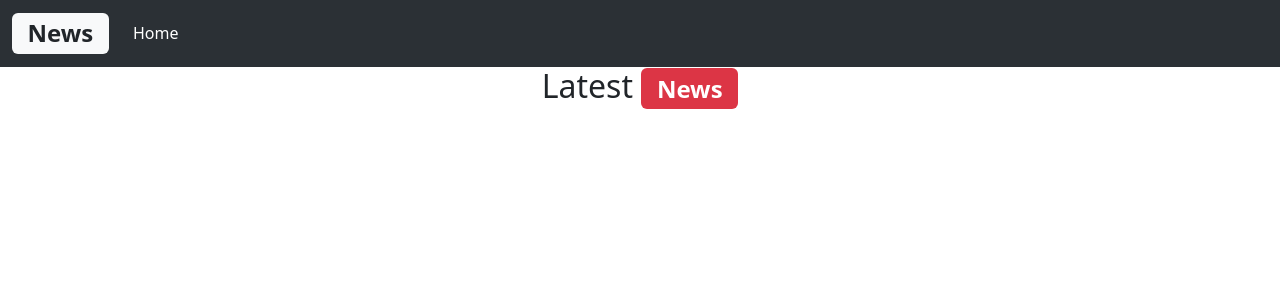
Repository: sshaiv/News_app
Page: /signup
These files come from the project's save history. The page is drawn as it stood at one moment and after the next save; the edit follows.
The browser window is 1280 px wide. The pictures show the whole page.
The page's requests for data from a server got no answer. The project was rebuilt for these pictures with package versions that can differ from the ones it lists, and the page was loaded fresh each time. No one was signed in, and anything a server would have sent is missing. Also part of the build but not shown: vite.config.js, src/Components/NewsItem.jsx, src/index.css.

Above is the page before, as saved 2024-07-15 12:07:50.

### index.html
<!doctype html>
<html lang="en">
  <head>
    <meta charset="UTF-8" />

    <meta name="viewport" content="width=device-width, initial-scale=1.0" />
    <title>News Mag</title>
    <link href="https://cdn.jsdelivr.net/npm/bootstrap@5.3.3/dist/css/bootstrap.min.css" rel="stylesheet" integrity="sha384-QWTKZyjpPEjISv5WaRU9OFeRpok6YctnYmDr5pNlyT2bRjXh0JMhjY6hW+ALEwIH" crossorigin="anonymous">
  </head>
  <body>
    <div id="root"></div>
    <script type="module" src="/src/main.jsx"></script>
    <script src="https://cdn.jsdelivr.net/npm/bootstrap@5.3.3/dist/js/bootstrap.bundle.min.js" integrity="sha384-YvpcrYf0tY3lHB60NNkmXc5s9fDVZLESaAA55NDzOxhy9GkcIdslK1eN7N6jIeHz" crossorigin="anonymous"></script>
  </body>
</html>

### src/App.jsx
// import React from 'react'
import Navbar from "./Components/Navbar"
import NewsBoard from "./Components/NewsBoard"
const App = () => {
  return (
    <div>
    <Navbar/>
    <NewsBoard/>


    </div>
  )
}

export default App

### src/Components/Navbar.jsx


const Navbar = () => {
  return (
    <div>
      <nav className="navbar navbar-expand-lg bg-body-tertiary" data-bs-theme="dark">
  <div className="container-fluid">
    <a className="navbar-brand" href="#"> <span className="badge bg-light  text-dark fs-4">News</span> </a>
    <button className="navbar-toggler" type="button" data-bs-toggle="collapse" data-bs-target="#navbarNav" aria-controls="navbarNav" aria-expanded="false" aria-label="Toggle navigation">
      <span className="navbar-toggler-icon"></span>
    </button>
    <div className="collapse navbar-collapse" id="navbarNav">
      <ul className="navbar-nav">
        <li className="nav-item">
          <a className="nav-link active" aria-current="page" href="#">Home</a>
        </li>

      </ul>
    </div>

  </div>
</nav>
    </div>
  )
}

export default Navbar

### src/Components/NewsBoard.jsx
import { useEffect } from "react";
import { useState } from "react"
import NewsItem from "./NewsItem";

const NewsBoard = () => {

    const [articles,setArticles]=useState([]);

useEffect(()=>{
    let url = `https://newsapi.org/v2/top-headlines?country=us&category=business&apiKey=${import.meta.env.VITE_API_KEY}`;
    fetch(url).then(response=>response.json()).then(data=>setArticles(data.articles));
},[])

  return (
    <div>
      <h2 className="text-center">Latest <span className="badge bg-danger">News</span> </h2>
    {articles.map((news,index)=>{
        return <NewsItem key={index} title={news.title} description={news.description} src={news.urlToImage}  url={news.url} />
    })}
    </div>
  )
}

export default NewsBoard

Loaded but not shown: src/main.jsx (common file)

After the next save:
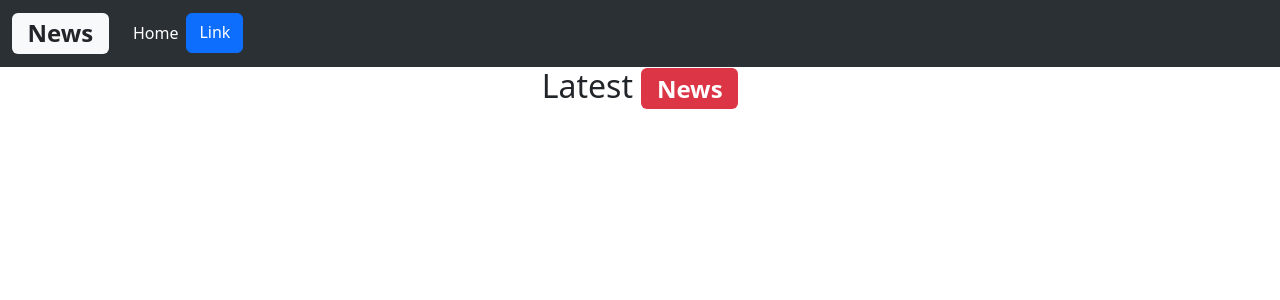
Saved 4 min 21 s later.
--- a/src/Components/Navbar.jsx
+++ b/src/Components/Navbar.jsx
@@ -14,7 +14,7 @@
         <li className="nav-item">
           <a className="nav-link active" aria-current="page" href="#">Home</a>
         </li>
-
+        <a class="btn btn-primary" href="#" role="button">Link</a>
       </ul>
     </div>
 
